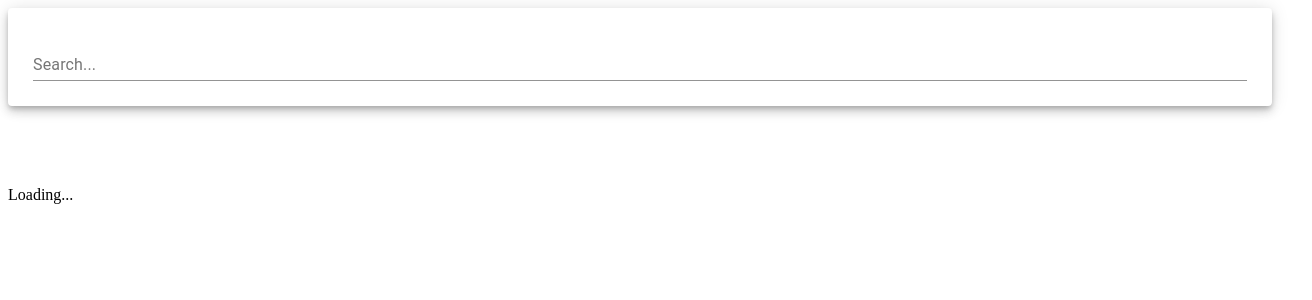
Repository: Vickydew1/YouTube_Clone
Page: /
These files come from the project's save history. The page is drawn as it stood at one moment and after the next save; the edit follows.
The browser window is 1280 px wide. The page is 1312 px wide, so the pictures cover 1312 px, including what lies to the right of the window. The pictures show the whole page.
The project was rebuilt for these pictures with package versions that can differ from the ones it lists, and the page was loaded fresh each time. Also part of the build but not shown: src/components/VideoItem.js.

Above is the page before, as saved 2022-03-03 08:14:49.

After the next save:
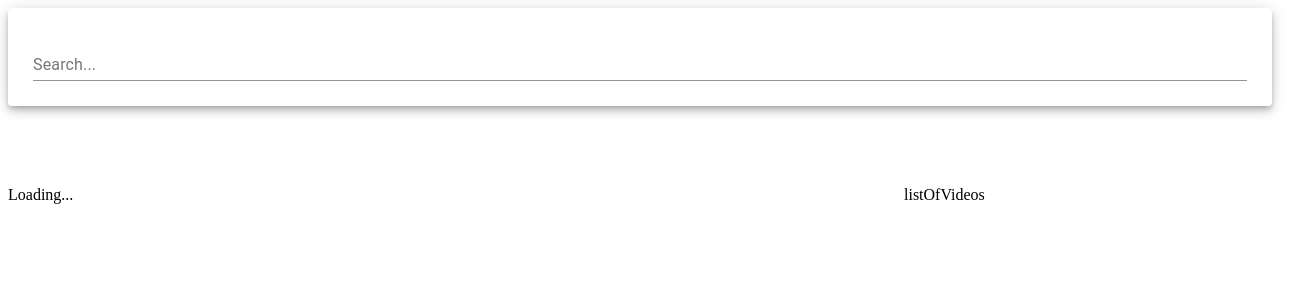
Saved 6 min 18 s later.
--- a/src/components/VideoList.js
+++ b/src/components/VideoList.js
@@ -8,7 +8,7 @@ const VideoList = ({ videos }) => {
     <VideoItem key={id} video={video} />
   ));
 
-  return listOfVideos;
+  return <Grid> listOfVideos</Grid>;
 };
 
 export default VideoList;
